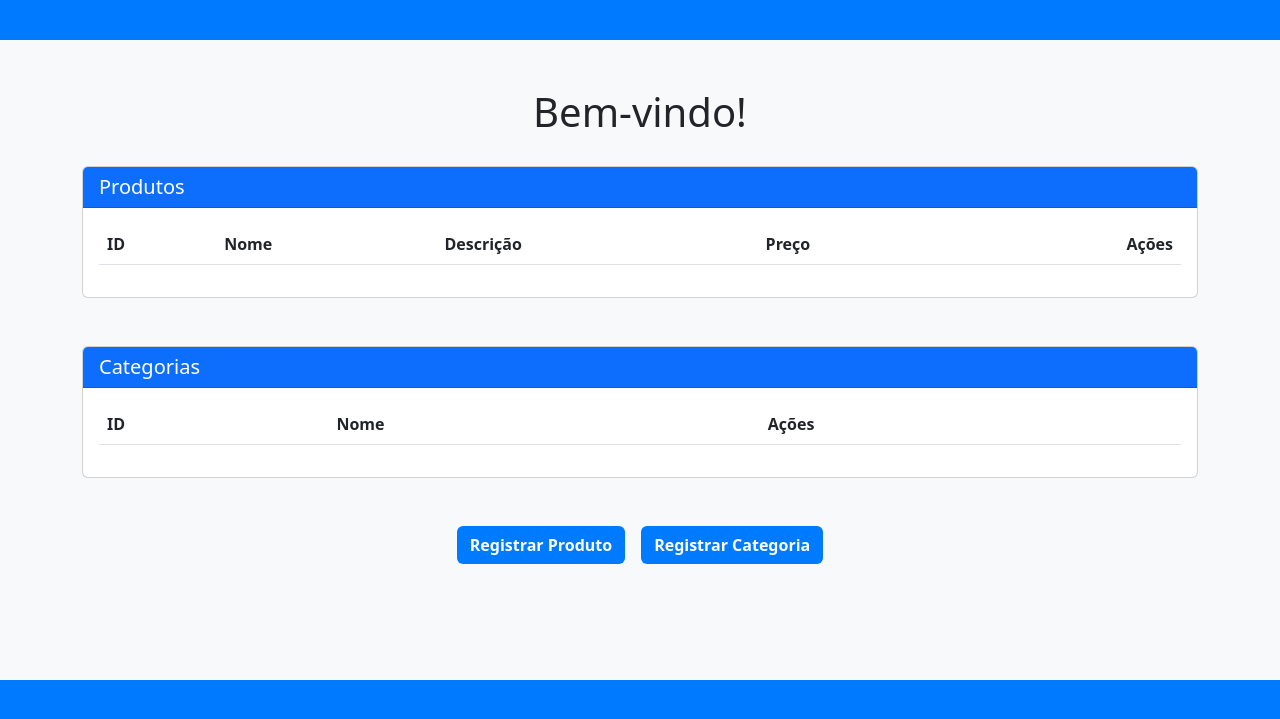
Repository: Gugalzg/sistema-cadastro
Page: http://localhost/index
The author's editor kept a copy of each file at every save. The page is drawn from the files as they stood at one save, then again after the next save.
The browser window is 1280 px wide. The pictures show the whole page.
The page is this project's Thymeleaf template; nobody is signed in. The template is opened directly, without the code that normally fills it, so the values that code supplies are empty.

Above is the page before, as saved 2025-01-02 18:16:38.

### demo/src/main/resources/templates/index.html
<!DOCTYPE html>
<html xmlns:th="http://www.thymeleaf.org">
<head>
    <meta charset="UTF-8">
    <meta name="viewport" content="width=device-width, initial-scale=1.0">
    <title>Projeto Spring Boot com Thymeleaf</title>

    <!-- Bootstrap CSS (versão 5.3) -->
    <link rel="stylesheet" href="https://cdn.jsdelivr.net/npm/bootstrap@5.3.0/dist/css/bootstrap.min.css">
    <link rel="stylesheet" href="https://cdnjs.cloudflare.com/ajax/libs/font-awesome/5.15.3/css/all.min.css">

    <!-- CSS personalizado -->
    <style>
        .fade-in {
            animation: fadeInEffect 2s ease-out;
        }
        @keyframes fadeInEffect {
            0% {
                opacity: 0;
                transform: translateY(20px);
            }
            100% {
                opacity: 1;
                transform: translateY(0);
            }
        }
        h1 {
            font-size: 2.5em;
            text-align: center;
            margin-bottom: 30px;
        }
        body {
            border-top: 40px solid #007bff; /* Borda azul no topo */
            min-height: 100vh; /* Garantir que a página ocupe a altura total da tela */
            background-color: #f8f9fa; /* Cor de fundo suave */
            padding-bottom: 30px; /* Espaçamento extra na parte inferior */
            border-bottom: 40px solid #007bff; /* Borda azul na parte inferior */
        }
        .btn-blue {
            background-color: #007bff;
            color: white;
            font-weight: bold;
        }

		.acoes-header {
		    padding-right: 10px; /* Ajuste fino da posição do texto */
		}


        .btn-blue:hover {
            background-color: #0056b3;
            color: white;
        }
        .list-group-item {
            font-size: 1.1em;
        }
    </style>
</head>
<body>
    <div class="container mt-5 fade-in" id="page-content">
        <h1>Bem-vindo!</h1>

        <!-- Mensagem de sucesso global -->
        <div th:if="${message}" class="alert alert-success text-center" th:text="${message}"></div>

        <!-- Seção de Produtos -->
        <div>
            <div class="card">
                <div class="card-header bg-primary text-white">
                    <h5 class="mb-0">Produtos</h5>
                </div>
                <div class="card-body">
                    <table class="table table-striped">
                        <thead>
                            <tr>
                                <th>ID</th>
                                <th>Nome</th>
                                <th>Descrição</th>
                                <th>Preço</th>
								<th class="text-end">Ações</th> <!-- Classe adicionada aqui -->
                            </tr>
                        </thead>
                        <tbody>
                            <!-- Exibindo produtos com Thymeleaf -->
                            <tr th:each="product : ${products}">
                                <td th:text="${product.id}"></td>
                                <td th:text="${product.name}"></td>
                                <td th:text="${product.description}"></td>
                                <td th:text="${product.price}"></td>
								<td class="text-end"> <!-- Classe adicionada aqui -->

                                    <a th:href="@{/products/edit/{id}(id=${product.id})}" class="btn btn-warning btn-sm">
                                        <i class="fas fa-edit"></i> Editar
                                    </a>
                                    <a th:href="@{/products/delete/{id}(id=${product.id})}" class="btn btn-danger btn-sm"
                                       onclick="return confirm('Tem certeza que deseja excluir este produto?')">
                                       <i class="fas fa-trash-alt"></i>Excluir
                                   </a>
								 </td>
                            </tr>
                        </tbody>
                    </table>
                </div>
            </div>
        </div>

        <!-- Seção de Categorias -->
        <div class="mt-5">
            <div class="card">
                <div class="card-header bg-primary text-white">
                    <h5 class="mb-0">Categorias</h5>
                </div>
                <div class="card-body">
					<table class="table table-striped">
					    <thead>
					        <tr>
					            <th>ID</th>
					            <th>Nome</th>
					            <th class="acoes-header">Ações</th> <!-- Classe sem text-end -->
					        </tr>
					    </thead>
					    <tbody>
					        <tr th:each="category : ${categories}">
					            <td th:text="${category.id}"></td>
					            <td th:text="${category.name}"></td>
					            <td class="text-end">
					                <a th:href="@{/categories/edit/{id}(id=${category.id})}" class="btn btn-warning btn-sm">
					                    <i class="fas fa-edit"></i> Editar
					                </a>
					                <a th:href="@{/categories/delete/{id}(id=${category.id})}" class="btn btn-danger btn-sm"
					                   onclick="return confirm('Tem certeza que deseja excluir esta categoria?')">
					                    <i class="fas fa-trash-alt"></i> Excluir
					                </a>
					            </td>
					        </tr>
					    </tbody>
					</table>
                </div>
            </div>
        </div>

        <!-- Botões de ação -->
        <div class="d-flex justify-content-center mt-5">
            <a href="/products/register" class="btn btn-blue me-3">Registrar Produto</a>
            <a href="/categories/register" class="btn btn-blue">Registrar Categoria</a>
        </div>
    </div>

    <!-- Bootstrap JS (versão 5.3) -->
    <script src="https://cdn.jsdelivr.net/npm/bootstrap@5.3.0/dist/js/bootstrap.bundle.min.js"></script>
</body>
</html>

After the next save:
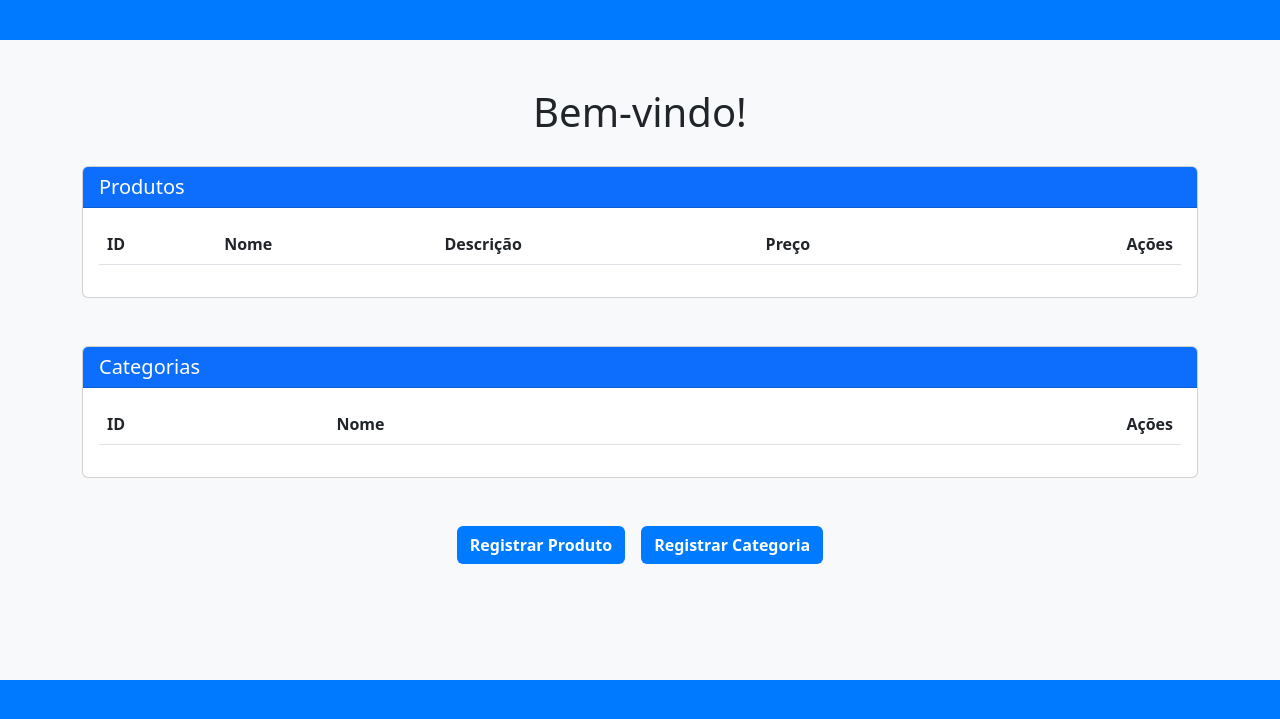
Saved 11 s later.
--- a/demo/src/main/resources/templates/index.html
+++ b/demo/src/main/resources/templates/index.html
@@ -116,7 +116,7 @@
 					        <tr>
 					            <th>ID</th>
 					            <th>Nome</th>
-					            <th class="acoes-header">Ações</th> <!-- Classe sem text-end -->
+					            <th class="text-end">Ações</th> <!-- Classe sem text-end -->
 					        </tr>
 					    </thead>
 					    <tbody>
